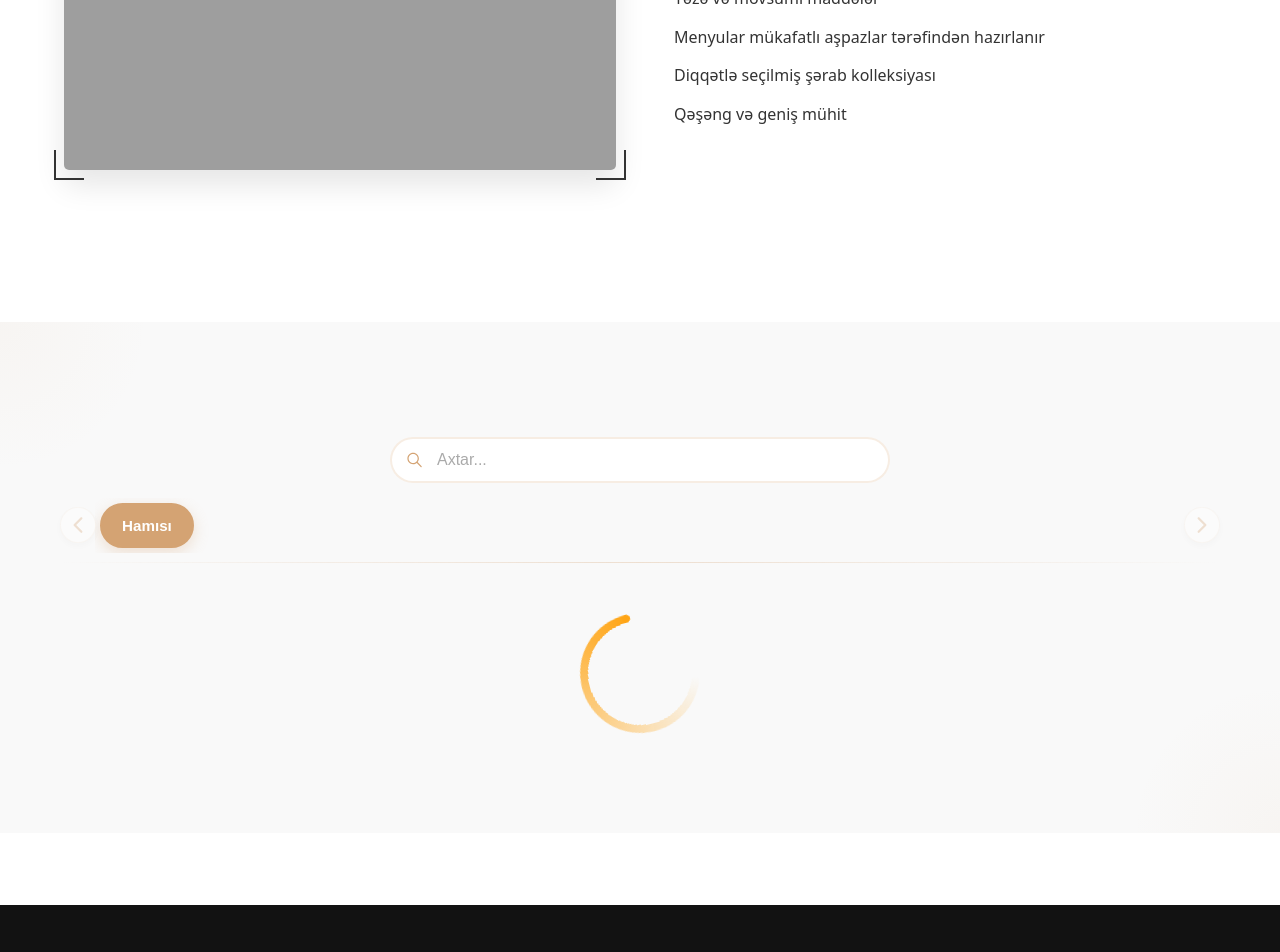
Repository: ferhadsultan98/menu-macara
Page: /
These files come from the project's save history. The page is drawn as it stood at one moment and after a run of saves; the edit follows.
The browser window is 1280 px wide. The pictures show the part of the page from y = 1193 to 2145 px (the page is 2586 px tall before and 2542 px after).
Pictures or frames that could not be fetched are drawn as grey boxes. The page's requests for data from a server got no answer. The project was rebuilt for these pictures with package versions that can differ from the ones it lists, and the page was loaded fresh each time. No one was signed in, and anything a server would have sent is missing. Also part of the build but not shown: vite.config.js.

Above is the page before, as saved 2025-04-18 11:12:42.

### index.html
<!doctype html>
<html lang="en">
  <head>
    <meta charset="UTF-8" />
    <link rel="shortcut icon" href="/src/assets/logo.png" type="image/x-icon">
    <meta name="viewport" content="width=device-width, initial-scale=1.0" />
    <title>Guba Garden - Menu</title>
  </head>
  <body>
    <div id="root"></div>
    <script type="module" src="/src/main.jsx"></script>
  </body>
</html>

### src/App.jsx
import React from "react";
import { I18nextProvider } from "react-i18next";
import i18n from "./Languages/i18n";
import "./App.scss";
import MainLayout from "./Components/Common/MainLayout";
import Home from "./Pages/Home/Home";
import MenuSection from "./Pages/MenuSection/MenuSection";

function App() {

  return (
    <I18nextProvider i18n={i18n}>
      <div className="app-container">
        <MainLayout>
        <Home  />
          <MenuSection  />
        </MainLayout>
      </div>
    </I18nextProvider>
  );
}

export default App;

### src/App.scss
* {
  margin: 0;
  padding: 0;
  box-sizing: border-box;
}

body {
  font-family: system-ui, -apple-system, BlinkMacSystemFont, "Segoe UI", Roboto,
    Oxygen, Ubuntu, Cantarell, "Open Sans", "Helvetica Neue", sans-serif;
}

### src/Components/Common/MainLayout.jsx
import React from 'react';
import Header from './Header/Header';
import Footer from './Footer/Footer';

const MainLayout = ({ children }) => {
  return (
    <>
      <Header />
      {children}
      <Footer />
    </>
  );
};

export default MainLayout;

### src/Pages/MenuSection/MenuSection.scss
// Mixins
@mixin flexCenter {
  display: flex;
  justify-content: center;
  align-items: center;
}

@mixin flexBetween {
  display: flex;
  justify-content: space-between;
  align-items: center;
}

@mixin hoverLift {
  transition: all 0.3s cubic-bezier(0.25, 0.8, 0.25, 1);
  &:hover {
    transform: translateY(-8px);
    box-shadow: 0 15px 35px rgba(0, 0, 0, 0.1);
  }
}

// Media query mixins
@mixin mobile {
  @media (max-width: 576px) {
    @content;
  }
}

@mixin tablet {
  @media (max-width: 768px) {
    @content;
  }
}

@mixin laptop {
  @media (max-width: 992px) {
    @content;
  }
}

@mixin desktop {
  @media (max-width: 1200px) {
    @content;
  }
}

// Animations
@keyframes fadeIn {
  from {
    opacity: 0;
    transform: translateY(20px);
  }
  to {
    opacity: 1;
    transform: translateY(0);
  }
}

@keyframes pulse {
  0% {
    transform: scale(1);
  }
  50% {
    transform: scale(1.05);
  }
  100% {
    transform: scale(1);
  }
}

@keyframes slideDown {
  from {
    transform: translateY(-100%);
  }
  to {
    transform: translateY(0);
  }
}

@keyframes searchPulse {
  0% {
    box-shadow: 0 0 0 0 rgba(212, 163, 115, 0.4);
  }
  70% {
    box-shadow: 0 0 0 8px rgba(212, 163, 115, 0);
  }
  100% {
    box-shadow: 0 0 0 0 rgba(212, 163, 115, 0);
  }
}

// Reset and Base Styles
.menuSection {
  padding: 100px 0;
  background-color: #f9f9f9;
  position: relative;
  overflow: hidden;
  margin: 10vh 0;

  @include laptop {
    padding: 80px 0;
  }

  @include tablet {
    padding: 70px 0;
  }

  @include mobile {
    padding: 50px 0;
  }

  &::before,
  &::after {
    content: "";
    position: absolute;
    width: 300px;
    height: 300px;
    border-radius: 50%;
    background: radial-gradient(
      circle,
      rgba(212, 163, 115, 0.05) 0%,
      rgba(212, 163, 115, 0) 70%
    );
    z-index: 0;
  }

  &::before {
    top: -150px;
    left: -150px;
  }

  &::after {
    bottom: -150px;
    right: -150px;
  }

  .container {
    max-width: 1200px;
    margin: 0 auto;
    padding: 0 20px;
    position: relative;
    z-index: 1;

    @include mobile {
      padding: 0 15px;
    }
  }

  &.hasSearchResults {
    .menuGrid {
      animation: fadeIn 0.5s ease forwards;
    }
  }
}

// Sticky Navbar
.menuNavbarWrapper {
  width: 100%;
  z-index: 2;
  transition: all 0.3s ease;
  position: relative;
  margin-bottom: 50px;

  @include tablet {
    margin-bottom: 30px;
  }

  @include mobile {
    margin-bottom: 25px;
  }

  &.sticky {
    position: fixed;
    top: 100px;
    left: 0;
    right: 0;
    background-color: rgba(255, 255, 255, 0.98);
    z-index: 2;
    animation: slideDown 0.3s ease forwards;
    padding: 10px 0;

    .menuNavbarContent {
      padding: 10px 0;
    }

    .menuSearch {
      margin-bottom: 15px;

      .searchInputWrapper {
        max-width: 800px;

        @include mobile {
          max-width: 100%;
        }
      }

      .searchInput {
        padding: 10px 40px 10px 40px;
      }
    }
  }

  .menuNavbarContent {
    padding: 15px 0;
    display: flex;
    flex-direction: column;

    @include tablet {
      padding: 10px 0;
    }
  }
}

// Adjust menu content when navbar is sticky
.sticky + .menuContent {
  padding-top: 160px;

  @include tablet {
    padding-top: 130px;
  }

  @include mobile {
    padding-top: 110px;
  }
}

// Search component
.menuSearch {
  margin-bottom: 20px;

  @include mobile {
    margin-bottom: 15px;
  }

  .searchInputWrapper {
    position: relative;
    width: 100%;
    max-width: 500px;
    margin: 0 auto;
    transition: all 0.3s ease;

    @include mobile {
      max-width: 100%;
    }
  }

  .searchIcon {
    position: absolute;
    left: 15px;
    top: 50%;
    transform: translateY(-50%);
    font-size: 1.2rem;
    color: #d4a373;
    z-index: 2;

    @include mobile {
      font-size: 1rem;
      left: 12px;
    }
  }

  .searchInput {
    width: 100%;
    padding: 12px 40px 12px 45px;
    border-radius: 30px;
    border: 2px solid rgba(212, 163, 115, 0.2);
    font-size: 1rem;
    background-color: white;
    transition: all 0.3s ease;
    appearance: none;

    @include mobile {
      padding: 10px 35px 10px 38px;
      font-size: 0.95rem;
    }

    &:focus {
      outline: none;
      border-color: #d4a373;
      box-shadow: 0 0 0 3px rgba(212, 163, 115, 0.2);
    }

    &::placeholder {
      color: #aaa;
      transition: opacity 0.2s ease;
    }

    &:focus::placeholder {
      opacity: 0.7;
    }
  }

  .clearSearchButton {
    position: absolute;
    right: 15px;
    top: 50%;
    transform: translateY(-50%);
    background: none;
    border: none;
    font-size: 1.5rem;
    color: #aaa;
    cursor: pointer;
    padding: 0;
    width: 20px;
    height: 20px;
    display: flex;
    align-items: center;
    justify-content: center;
    transition: color 0.2s ease;
    z-index: 2;

    @include mobile {
      right: 12px;
      font-size: 1.3rem;
    }

    &:hover {
      color: #d4a373;
      transform: translateY(-50%) scale(1.1);
    }

    &:active {
      transform: translateY(-50%) scale(0.95);
    }
  }

  &.searchActive {
    .searchInput {
      animation: searchPulse 1.5s ease-out;
      border-color: rgba(212, 163, 115, 0.5);
    }
  }
}

// Menu Filter - Enhanced with Overflow Support
.menuFilter {
  position: relative;

  &::before {
    content: "";
    position: absolute;
    left: 0;
    right: 0;
    bottom: -15px;
    height: 1px;
    background: linear-gradient(
      to right,
      rgba(212, 163, 115, 0),
      rgba(212, 163, 115, 0.3),
      rgba(212, 163, 115, 0)
    );
  }

  .menuFilterContainer {
    position: relative;
    padding: 0 40px; // Space for scroll indicators

    @include tablet {
      padding: 0 30px;
    }

    @include mobile {
      padding: 0 25px;
    }

    // Scroll indicators/buttons
    .scrollButton {
      position: absolute;
      top: 50%;
      transform: translateY(-50%);
      width: 36px;
      height: 36px;
      border-radius: 50%;
      background: white;
      border: 1px solid rgba(212, 163, 115, 0.2);
      color: #d4a373;
      display: flex;
      justify-content: center;
      align-items: center;
      cursor: pointer;
      box-shadow: 0 3px 8px rgba(0, 0, 0, 0.08);
      z-index: 5;
      transition: all 0.3s cubic-bezier(0.25, 0.8, 0.25, 1);

      @include tablet {
        width: 30px;
        height: 30px;
      }

      @include mobile {
        width: 28px;
        height: 28px;
      }

      &:hover {
        background: rgba(212, 163, 115, 0.1);
      }

      &.scrollButtonPrev {
        left: 0;
      }

      &.scrollButtonNext {
        right: 0;
      }

      &.scrollButtonDisabled {
        opacity: 0.3;
        cursor: not-allowed;

        &:hover {
          background: white;
        }
      }

    }
  }

  .menuFilterList {
    display: flex;
    list-style: none;
    padding: 0;
    margin: 0;
    overflow-x: auto;
    -webkit-overflow-scrolling: touch; // Smooth scrolling on iOS
    scrollbar-width: none; // Firefox
    -ms-overflow-style: none; // IE/Edge
    scroll-behavior: smooth;

    // Hide scrollbar
    &::-webkit-scrollbar {
      display: none;
    }

    // Add padding to allow focus ring visibility
    padding: 5px;
    margin: -5px;
  }

  .menuFilterItem {
    flex: 0 0 auto;
    margin: 0 5px;

    &:first-child {
      margin-left: 0;
    }

    &:last-child {
      margin-right: 0;
    }
  }

  .menuFilterButton {
    background: transparent;
    border: 2px solid transparent;
    font-size: 0.95rem;
    font-weight: 500;
    color: #4a4a4a;
    padding: 12px 20px;
    cursor: pointer;
    transition: all 0.3s cubic-bezier(0.25, 0.8, 0.25, 1);
    text-transform: capitalize;
    border-radius: 30px;
    position: relative;
    overflow: hidden;
    white-space: nowrap;
    box-shadow: 0 3px 10px rgba(0, 0, 0, 0.05);

    @include tablet {
      padding: 10px 16px;
      font-size: 0.9rem;
    }

    @include mobile {
      padding: 8px 14px;
      font-size: 0.85rem;
    }

    // Icon styles
    .menuIcon {
      display: inline-block;
      margin-right: 8px;
      font-size: 0.9rem;

      @include mobile {
        margin-right: 6px;
        font-size: 0.8rem;
      }
    }

    &:hover {
      background-color: rgba(212, 163, 115, 0.1);
      color: #d4a373;
      border-color: rgba(212, 163, 115, 0.2);
    }

    &.menuFilterButtonActive {
      background-color: #d4a373;
      color: white !important;
      font-weight: 600;
      box-shadow: 0 5px 15px rgba(212, 163, 115, 0.3);
      border-color: #d4a373;
    }

    &:focus-visible {
      outline: 2px solid #d4a373;
      outline-offset: 2px;
    }
  }

  .menuFilterChipsDesign {
    .menuFilterButton {
      padding: 8px 16px;
      font-size: 0.85rem;

      @include mobile {
        padding: 6px 12px;
        font-size: 0.8rem;
      }

      .menuIcon {
        margin-right: 6px;
        font-size: 0.8rem;

        @include mobile {
          margin-right: 4px;
          font-size: 0.75rem;
        }
      }
    }
  }
}

// No Results Found
.noResultsFound {
  text-align: center;
  padding: 60px 20px;
  background-color: rgba(255, 255, 255, 0.7);
  border-radius: 12px;
  box-shadow: 0 5px 20px rgba(0, 0, 0, 0.05);

  @include tablet {
    padding: 50px 15px;
  }

  @include mobile {
    padding: 40px 15px;
  }

  h3 {
    color: #d4a373;
    font-size: 1.8rem;
    margin-bottom: 15px;

    @include tablet {
      font-size: 1.6rem;
      margin-bottom: 12px;
    }

    @include mobile {
      font-size: 1.4rem;
      margin-bottom: 10px;
    }
  }

  p {
    color: #777;
    font-size: 1.1rem;
    margin-bottom: 25px;

    @include tablet {
      font-size: 1rem;
      margin-bottom: 20px;
    }

    @include mobile {
      font-size: 0.95rem;
      margin-bottom: 18px;
    }
  }

  .resetFilterButton {
    background-color: #d4a373;
    color: white;
    border: none;
    padding: 12px 25px;
    border-radius: 30px;
    font-size: 1rem;
    font-weight: 500;
    cursor: pointer;
    transition: all 0.3s ease;

    @include mobile {
      padding: 10px 20px;
      font-size: 0.95rem;
    }

    &:hover {
      background-color: darken(#d4a373, 10%);
      transform: translateY(-3px);
      box-shadow: 0 5px 15px rgba(212, 163, 115, 0.3);
    }

    &:focus-visible {
      outline: 2px solid darken(#d4a373, 15%);
      outline-offset: 2px;
    }
  }
}

// Menu Grid - Enhanced
.menuGrid {
  display: grid;
  grid-template-columns: repeat(auto-fill, minmax(350px, 1fr));
  gap: 35px;
  margin-bottom: 50px;

  @include laptop {
    grid-template-columns: repeat(auto-fill, minmax(300px, 1fr));
    gap: 30px;
  }

  @include tablet {
    grid-template-columns: repeat(auto-fill, minmax(280px, 1fr));
    gap: 25px;
  }

  @include mobile {
    grid-template-columns: 1fr;
    gap: 20px;
    margin-bottom: 30px;
  }
}

// Menu Items - Enhanced
.menuItem {
  animation: fadeIn 0.8s ease forwards;

  .menuItemCard {
    background: #ffffff;
    border-radius: 12px;
    overflow: hidden;
    box-shadow: 0 10px 30px rgba(0, 0, 0, 0.08);
    @include hoverLift;
    height: 100%;
    display: flex;
    flex-direction: column;
    position: relative;
  }

  .menuItemImage {
    width: 100%;
    height: 220px;
    overflow: hidden;
    position: relative;

    @include tablet {
      height: 180px;
    }

    @include mobile {
      height: 160px;
    }

    &::after {
      content: "";
      position: absolute;
      bottom: 0;
      left: 0;
      right: 0;
      height: 40%;
      z-index: 1;
    }

    img {
      width: 100%;
      height: 100%;
      object-fit: contain;
      display: block;
      transition: transform 0.7s ease;
      transform: scale(1.1);
    }
  }

  .menuItemCategoryBadge {
    position: absolute;
    top: 15px;
    right: 15px;
    background-color: rgba(212, 163, 115, 0.9);
    color: white;
    font-size: 0.8rem;
    padding: 6px 12px;
    border-radius: 20px;
    font-weight: 600;
    letter-spacing: 1px;
    text-transform: uppercase;
    z-index: 2;
    box-shadow: 0 3px 8px rgba(0, 0, 0, 0.15);

    @include mobile {
      top: 10px;
      right: 10px;
      font-size: 0.7rem;
      padding: 5px 10px;
    }
  }

  .menuItemContent {
    padding: 25px;
    display: flex;
    flex-direction: column;
    flex-grow: 1;
    justify-content: space-between;

    @include tablet {
      padding: 20px;
    }

    @include mobile {
      padding: 18px;
    }
  }

  .menuItemTitle {
    font-size: 1.5rem;
    color: #2e2e2e;
    margin-bottom: 12px;
    font-weight: 600;
    position: relative;

    @include tablet {
      font-size: 1.3rem;
      margin-bottom: 10px;
    }

    @include mobile {
      font-size: 1.2rem;
      margin-bottom: 8px;
    }

    &::after {
      content: "";
      position: absolute;
      bottom: -6px;
      left: 0;
      width: 40px;
      height: 2px;
      background-color: #d4a373;
      border-radius: 2px;

      @include mobile {
        width: 30px;
        bottom: -4px;
      }
    }
  }

  .menuItemDescription {
    font-size: 0.95rem;
    color: #777777;
    margin-bottom: 20px;
    line-height: 1.7;
    flex-grow: 1;

    @include tablet {
      font-size: 0.9rem;
      margin-bottom: 18px;
    }

    @include mobile {
      font-size: 0.85rem;
      margin-bottom: 15px;
      line-height: 1.6;
    }
  }

  .menuItemFooter {
    @include flexBetween;
    margin-top: auto;
  }

  .menuItemPrice {
    font-size: 1.3rem;
    color: #d4a373;
    font-weight: 700;

    @include tablet {
      font-size: 1.2rem;
    }

    @include mobile {
      font-size: 1.1rem;
    }
  }

  .menuItemOrderBtn {
    width: 40px;
    height: 40px;
    border-radius: 50%;
    background-color: #d4a373;
    color: white;
    border: none;
    cursor: pointer;
    @include flexCenter;
    transition: all 0.3s cubic-bezier(0.25, 0.8, 0.25, 1);
    box-shadow: 0 4px 10px rgba(212, 163, 115, 0.3);

    @include mobile {
      width: 36px;
      height: 36px;
    }

    i {
      font-size: 1rem;

      @include mobile {
        font-size: 0.9rem;
      }
    }

    &:hover {
      background-color: darken(#d4a373, 10%);
      transform: translateY(-3px);
      box-shadow: 0 6px 15px rgba(212, 163, 115, 0.4);
    }
  }
}

// Load More Button
.menuLoadMore {
  text-align: center;
  margin: 40px 0;

  @include mobile {
    margin: 30px 0;
  }

  .loadMoreButton {
    background-color: transparent;
    border: 2px solid #d4a373;
    color: #d4a373;
    padding: 14px 35px;
    font-size: 1rem;
    font-weight: 600;
    border-radius: 30px;
    cursor: pointer;
    transition: all 0.3s cubic-bezier(0.25, 0.8, 0.25, 1);

    @include tablet {
      padding: 12px 30px;
    }

    @include mobile {
      padding: 10px 25px;
      font-size: 0.95rem;
    }

    &:hover {
      background-color: #d4a373;
      color: white;
      box-shadow: 0 5px 15px rgba(212, 163, 115, 0.3);
    }

    &:focus-visible {
      outline: 2px solid #d4a373;
      outline-offset: 2px;
    }
  }
}

// Menu Action Section
.menuAction {
  text-align: center;
  margin-top: 60px;
  position: relative;

  @include tablet {
    margin-top: 50px;
  }

  @include mobile {
    margin-top: 40px;
  }

  &::before {
    content: "";
    position: absolute;
    top: -30px;
    left: 50%;
    transform: translateX(-50%);
    width: 100px;
    height: 1px;
    background: linear-gradient(
      to right,
      rgba(212, 163, 115, 0),
      rgba(212, 163, 115, 0.5),
      rgba(212, 163, 115, 0)
    );

    @include mobile {
      width: 80px;
      top: -25px;
    }
  }

  .primaryButton {
    display: inline-flex;
    align-items: center;
    justify-content: center;
    gap: 10px;
    padding: 16px 35px;
    background-color: #d4a373;
    color: white;
    text-decoration: none;
    border-radius: 50px;
    font-size: 1.1rem;
    font-weight: 600;
    transition: all 0.3s cubic-bezier(0.25, 0.8, 0.25, 1);
    letter-spacing: 0.5px;
    box-shadow: 0 8px 20px rgba(212, 163, 115, 0.3);

    @include tablet {
      padding: 14px 30px;
      font-size: 1rem;
    }

    @include mobile {
      padding: 12px 25px;
      font-size: 0.95rem;
      gap: 8px;
    }

    i {
      font-size: 1.2rem;
      transition: transform 0.3s ease;

      @include mobile {
        font-size: 1.1rem;
      }
    }

    &:hover {
      background-color: darken(#d4a373, 10%);
      transform: translateY(-5px);
      box-shadow: 0 12px 25px rgba(212, 163, 115, 0.4);

      i {
        transform: translateX(3px);
      }
    }

    &:active {
      transform: translateY(-2px);
      box-shadow: 0 8px 15px rgba(212, 163, 115, 0.3);
    }

    &:focus-visible {
      outline: 2px solid darken(#d4a373, 15%);
      outline-offset: 2px;
    }
  }
}

// Small screens adjustments
@media (max-width: 400px) {

  .menuSection {
    padding: 40px 0;
  }

  .menuNavbarWrapper {
    margin-bottom: 20px;
    &.sticky{
      top: 70px;
    }
  }

  .menuSearch {
    .searchInput {
      padding: 8px 32px 8px 35px;
      font-size: 0.9rem;
    }

    .searchIcon {
      font-size: 0.9rem;
      left: 10px;
    }

    .clearSearchButton {
      right: 10px;
      font-size: 1.2rem;
    }
  }

  .menuFilter {
    .menuFilterContainer {
      padding: 0 22px;
    }

    .scrollButton {
      width: 24px;
      height: 24px;
      padding: 1px;
    }

    .menuFilterButton {
      padding: 6px 12px;
      font-size: 0.8rem;
    }
  }

  .menuItem {
    .menuItemImage {
      height: 140px;
    }

    .menuItemContent {
      padding: 15px;
    }

    .menuItemTitle {
      font-size: 1.1rem;
    }

    .menuItemDescription {
      font-size: 0.8rem;
      margin-bottom: 12px;
    }

    .menuItemPrice {
      font-size: 1rem;
    }
  }

  .menuLoadMore {
    .loadMoreButton {
      padding: 8px 20px;
      font-size: 0.9rem;
    }
  }
}

// Fix specific issues for devices between 576px and 767px
@media (min-width: 577px) and (max-width: 767px) {
  .menuGrid {
    grid-template-columns: repeat(2, 1fr);
    gap: 20px;
  }

}

// Better handling for safari mobile
@supports (-webkit-touch-callout: none) {
  .menuFilterList {
    -webkit-overflow-scrolling: touch;
  }

  .menuItemCard {
    -webkit-transform: translateZ(0);
  }
}

### src/Components/Loading/Loading.jsx
import React from "react";
import "./Loading.scss";

const Loading = () => {
  return <div className="restaurantLoader"></div>;
};

export default Loading;

### src/server/server.jsx
// src/server/server.js
import { initializeApp } from "firebase/app";
import { getDatabase, ref, onValue, set, push, remove, update } from "firebase/database";
import { getAnalytics } from "firebase/analytics";

// Firebase configuration
const firebaseConfig = {
  apiKey: "AIzaSyA3iCDoGXoamiNg5rUrGU5uqmnfMHKO9BI",
  authDomain: "gubagarden.firebaseapp.com",
  projectId: "gubagarden",
  storageBucket: "gubagarden.firebasestorage.app",
  messagingSenderId: "920416051355",
  appId: "1:920416051355:web:6acffca1bb687b0d4ca63e",
  measurementId: "G-L77LRCTPG3",
  databaseURL: "https://gubagarden-default-rtdb.firebaseio.com"
};


const app = initializeApp(firebaseConfig);
let analytics = null;


if (typeof window !== 'undefined') {
  try {
    analytics = getAnalytics(app);
  } catch (error) {
    console.error("Analytics failed to initialize:", error);
  }
}

const database = getDatabase(app);

export { database, analytics, ref, onValue, set, push, remove, update };

### src/Components/Loading/Loading.scss
.restaurantLoader {
  width: 120px;
  aspect-ratio: 1;
  border-radius: 50%;
  background: radial-gradient(farthest-side, #ffa516 94%, #0000) top/8px 8px
      no-repeat,
    conic-gradient(#0000 30%, #ffa516);
  -webkit-mask: radial-gradient(farthest-side, #0000 calc(100% - 8px), #000 0);
  animation: l13 1s infinite linear;
  display: flex;
  margin: 0 auto;
}
@keyframes l13 {
  100% {
    transform: rotate(1turn);
  }
}

Loaded but not shown: src/main.jsx (common file); src/Languages/AZ/AZ.json (35 lines, source omitted); src/Languages/EN/EN.json (35 lines, source omitted); src/Languages/RU/RU.json (36 lines, source omitted); src/Languages/i18n.js (38 lines, source omitted); src/Pages/Home/Home.scss (765 lines, source omitted); src/Pages/MenuSection/MenuSection.jsx (419 lines, source omitted); src/Components/Common/Header/Header.scss (467 lines, source omitted); src/Pages/Home/Home.jsx (192 lines, source omitted); src/Components/Common/Footer/Footer.scss (277 lines, source omitted); src/Components/Common/Footer/Footer.jsx (128 lines, source omitted); src/Components/Common/Header/Header.jsx (119 lines, source omitted); src/index.css (no stored copy; drawn as an empty file)

After the next 2 saves:
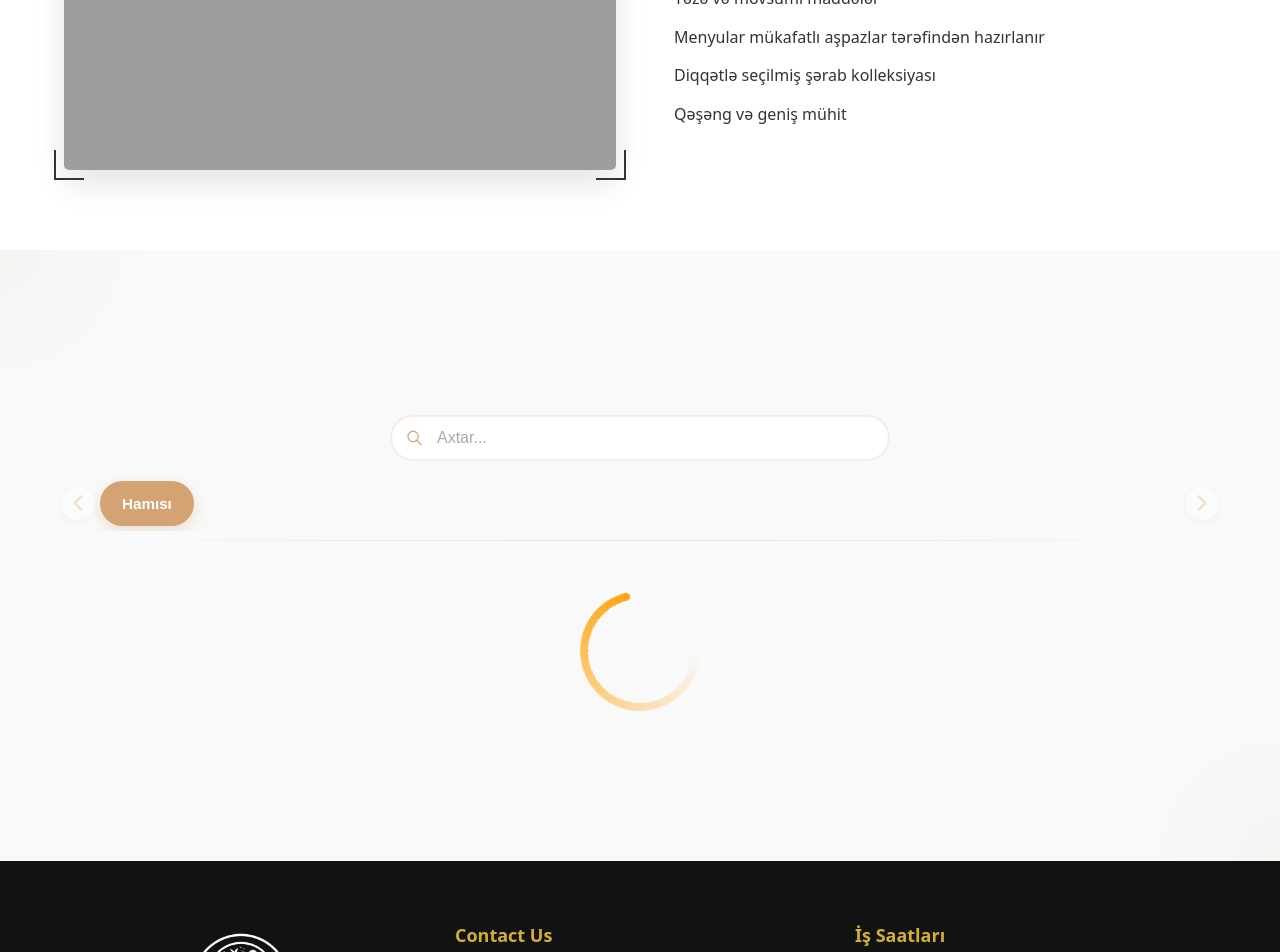
The 2 saves are shown as one change because they came seconds apart.
The last was saved 11 s later.
--- a/src/Pages/MenuSection/MenuSection.scss
+++ b/src/Pages/MenuSection/MenuSection.scss
@@ -91,11 +91,10 @@
 
 // Reset and Base Styles
 .menuSection {
-  padding: 100px 0;
+  padding: 150px 0;
   background-color: #f9f9f9;
   position: relative;
   overflow: hidden;
-  margin: 10vh 0;
 
   @include laptop {
     padding: 80px 0;
